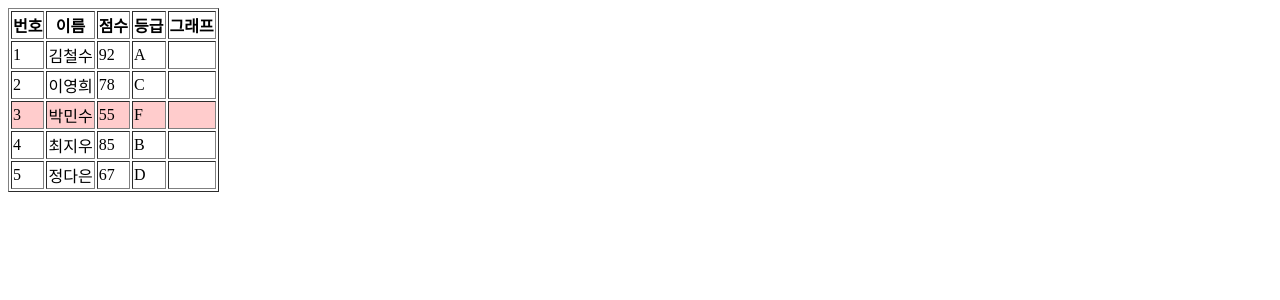
Repository: hyeongu135-ui/Jsp2026
Page: http://localhost/chapter01/example_score.jsp
These files come from the project's save history. The page is drawn as it stood at one moment and after the next save; the edit follows.
The browser window is 1280 px wide. The pictures show the whole page.
The page is served by Tomcat 9.

Above is the page before, as saved 2026-10-16 05:40:53.

### chapter01/src/main/webapp/example_score.jsp
<%@ page language="java" contentType="text/html; charset=UTF-8"
	pageEncoding="UTF-8" import="java.util.*"%>
<!DOCTYPE html>
<html>
<head>
<meta charset="UTF-8">
<title>Insert title here</title>
</head>
<body>
	<%!public String getGrade(int score) {
		if (score >= 90) {
			return "A";
		}else if(score >= 80){
			return "B";
		}else if(score >= 70){
			return "C";
		}else if(score >= 60){
			return "D";
		}else{
			return "F";
		}

	}%>
	<%! String name [] = {"김철수","이영희","박민수","최지우","정다은"};%>
	<%! int scores [] = {92,78,55,85,67};%>
	<table border=1>
		<tr>
			<th>번호</th>
			<th>이름</th>
			<th>점수</th>
			<th>등급</th>
			<th>그래프</th>
		</tr>
		<% for(int i = 0; i < name.length; i++){%>
		<%if(scores[i] < 60){ %>
			<tr style="background-color:#ffcccc;">
			<td><%=i+1%></td>
			<td><%=name[i]%></td>
			<td><%=scores[i]%></td>
			<td><%= getGrade(scores[i]) %></td>
			<td><div style="width:<%= scores[i] * 3 %>; height:20px; background-color:#blue;"></div></td>
		</tr>
		<%}else{ %>
		<tr>
			<td><%=i+1%></td>
			<td><%=name[i]%></td>
			<td><%=scores[i]%></td>
			<td><%=getGrade(scores[i]) %></td>
			<td><div style="width:<%= scores[i] * 3 %>; height:20px; background-color:#blue;"></div></td>
		</tr>
		<% } %>
		<%} %>
	</table>
</body>
</html>

After the next save:
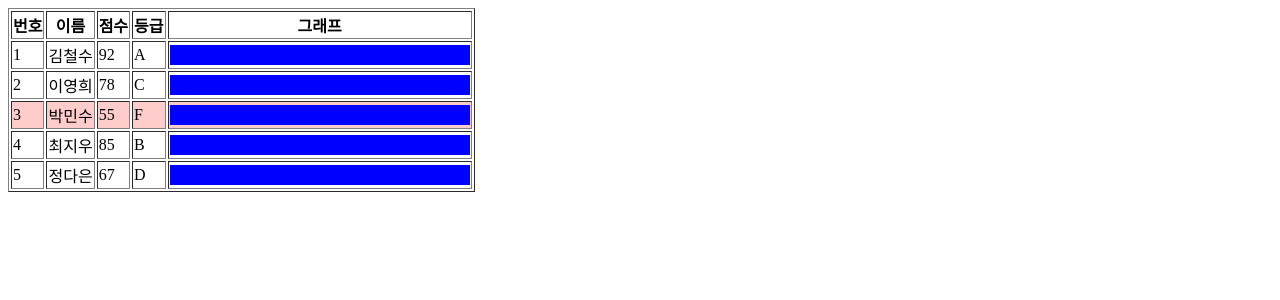
Saved 36 s later.
--- a/chapter01/src/main/webapp/example_score.jsp
+++ b/chapter01/src/main/webapp/example_score.jsp
@@ -38,7 +38,7 @@
 			<td><%=name[i]%></td>
 			<td><%=scores[i]%></td>
 			<td><%= getGrade(scores[i]) %></td>
-			<td><div style="width:<%= scores[i] * 3 %>; height:20px; background-color:#blue;"></div></td>
+			<td style="width:300px"><div style="width:<%= scores[i] * 3 %>; height:20px; background-color:blue;"></div></td>
 		</tr>
 		<%}else{ %>
 		<tr>
@@ -46,7 +46,7 @@
 			<td><%=name[i]%></td>
 			<td><%=scores[i]%></td>
 			<td><%=getGrade(scores[i]) %></td>
-			<td><div style="width:<%= scores[i] * 3 %>; height:20px; background-color:#blue;"></div></td>
+			<td style="width:300px"><div style="width:<%= scores[i] * 3 %>; height:20px; background-color:blue;"></div></td>
 		</tr>
 		<% } %>
 		<%} %>
